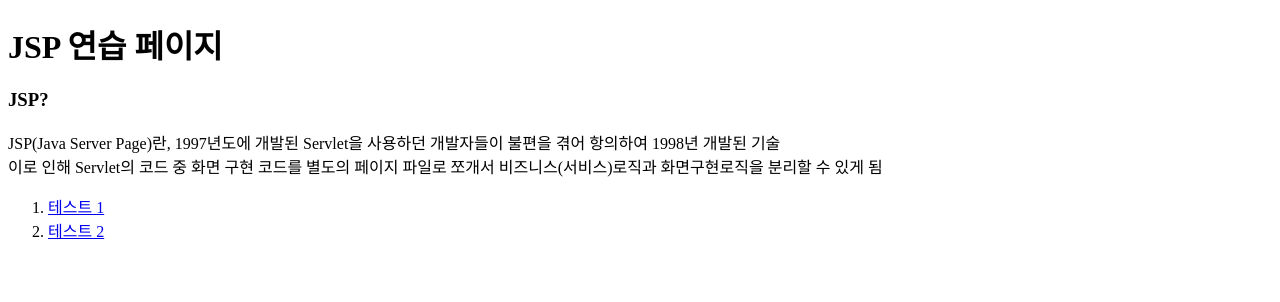
Repository: steeveelee2/WEB_Study
Page: http://localhost/jspProject/
The author's editor kept a copy of each file at every save. The page is drawn from the files as they stood at one save, then again after the next save.
The browser window is 1280 px wide. The pictures show the whole page.
The page is served by Tomcat 9.

Above is the page before, as saved 2018-10-15 03:01:41.

After the next save:
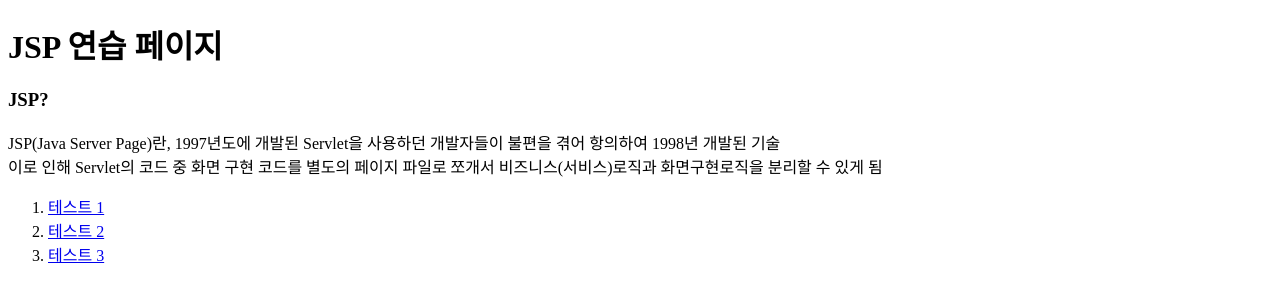
Saved 2 min 2 s later.
--- a/webWorkspace/jspProject/web/index.jsp
+++ b/webWorkspace/jspProject/web/index.jsp
@@ -19,6 +19,9 @@
 		<li>
 			<a href="views/02_date.jsp">테스트 2</a>
 		</li>
+		<li>
+			<a href="views/03_lunchMenu.jsp">테스트 3</a>
+		</li>
 	</ol>
 </body>
 </html>
